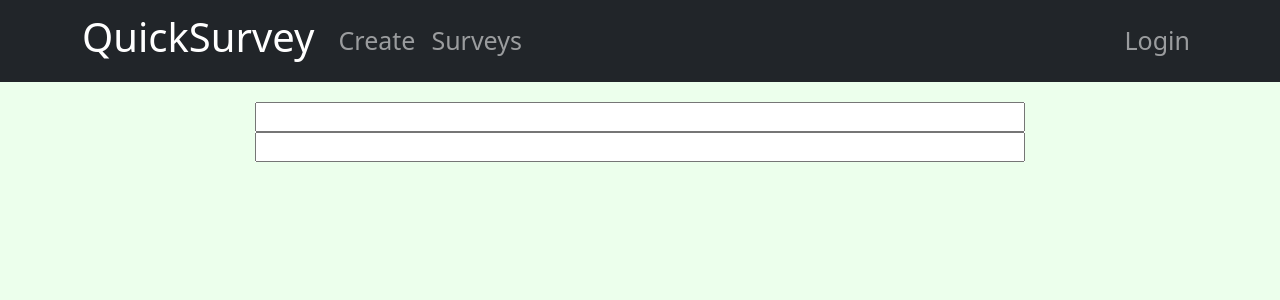
Repository: cakuang1/QuickSurveyReact
Page: /create (app in frontend/)
An editor plug-in stored every save of this project. The page is shown before and after a run of saves, followed by the edit.
The browser window is 1280 px wide. The pictures show the whole page.
The project was rebuilt for these pictures with package versions that can differ from the ones it lists, and the page was loaded fresh each time. Also part of the build but not shown: frontend/src/index.css, frontend/src/pages/home/home.js, frontend/src/pages/pastsurveys/pastsurveys.js, frontend/src/pages/login/login.js, frontend/src/pages/register/register.js.

Above is the page before, as saved 2022-07-29 03:13:57.

After the next 2 saves:
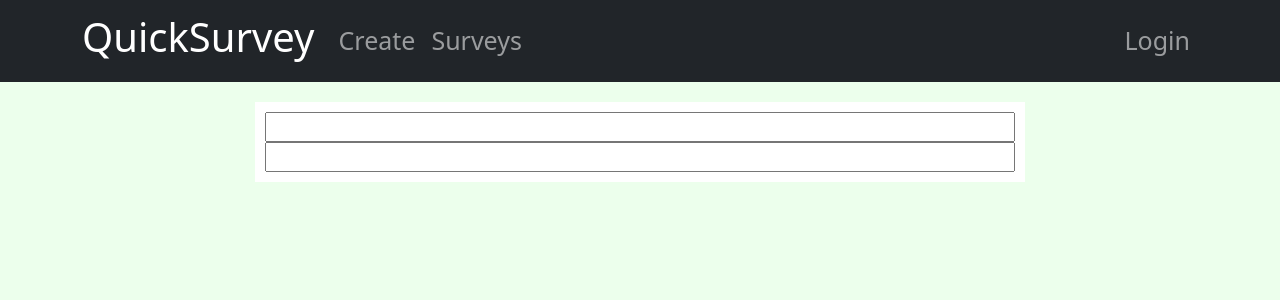
The 2 saves are shown as one change because they came seconds apart.
The last was saved 7 s later.
--- a/frontend/src/pages/create/create.css
+++ b/frontend/src/pages/create/create.css
@@ -2,7 +2,7 @@
     background-color: white;
     display: flex;
     flex-direction: column;
-    padding-top: ;
+    padding: 10px;
 
 
 }
